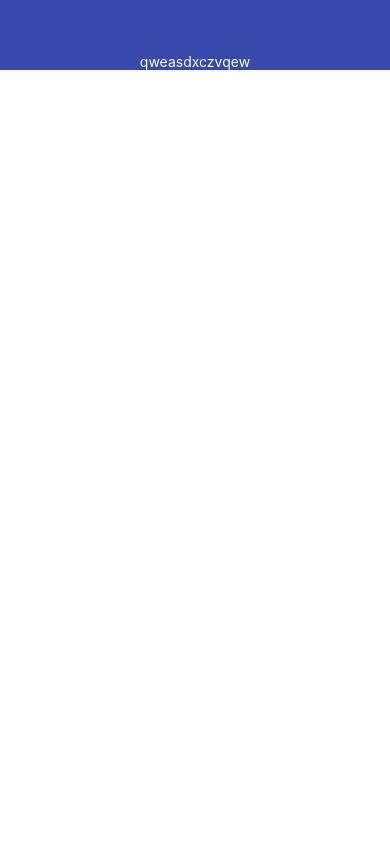
Repository: saint-fons/React-Native-Expo-TypeScript-Hooks
Screen: /
These files come from the project's save history. The screen is drawn as it stood at one moment and after the next save; the edit follows.
The app was drawn by React Native's web renderer in a window 390 px wide. The project was rebuilt for these pictures with package versions that can differ from the ones it lists, and the page was loaded fresh each time.

Above is the screen before, as saved 2021-07-26 16:02:05.

After the next save:
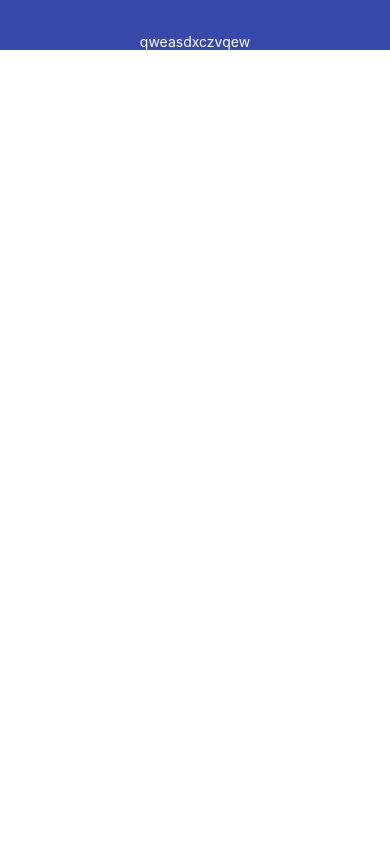
Saved 3 min 18 s later.
--- a/components/NewSampleFile.tsx
+++ b/components/NewSampleFile.tsx
@@ -16,7 +16,7 @@ const NewSampleFile: FC<any> = ({ }) => {
 
 const styles = StyleSheet.create({
     navbar: {
-        height: 70,
+        height: 50,
         alignItems: 'center',
         justifyContent: "flex-end",
         color: '#000',
